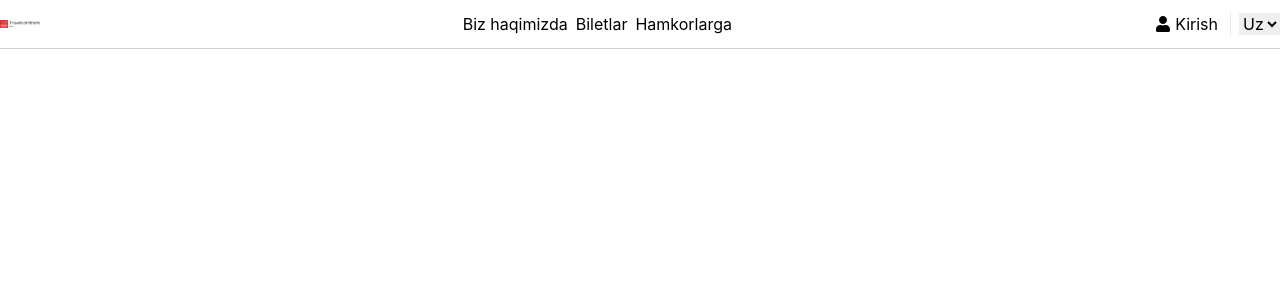
Repository: ziyodbek0300/avia-sales_
Page: /
An editor plug-in stored every save of this project. The page is shown before and after the next save, followed by the edit.
The browser window is 1280 px wide. The pictures show the whole page.
The project was rebuilt for these pictures with package versions that can differ from the ones it lists, and the page was loaded fresh each time.

Above is the page before, as saved 2022-06-01 23:59:38.

After the next save:
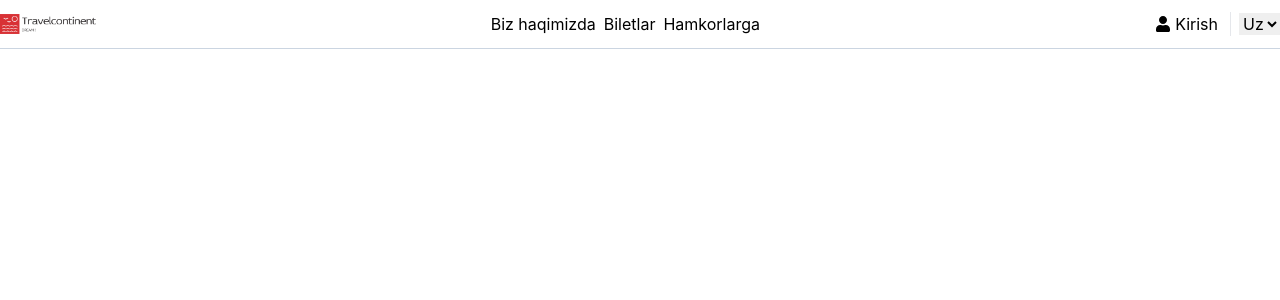
Saved 15 s later.
--- a/src/components/navbar/Navbar.jsx
+++ b/src/components/navbar/Navbar.jsx
@@ -7,7 +7,7 @@
         <div className='border-b border-b-slate-300 py-3'>
             <nav className=' flex justify-between items-center max-w-7xl mx-auto'>
                 <div className="logo">
-                    <img src={Logo} className="w-10" alt="logo" />
+                    <img src={Logo} className="w-24" alt="logo" />
                 </div>
                 <ul className='flex gap-2'>
                     <li>Biz haqimizda</li>
